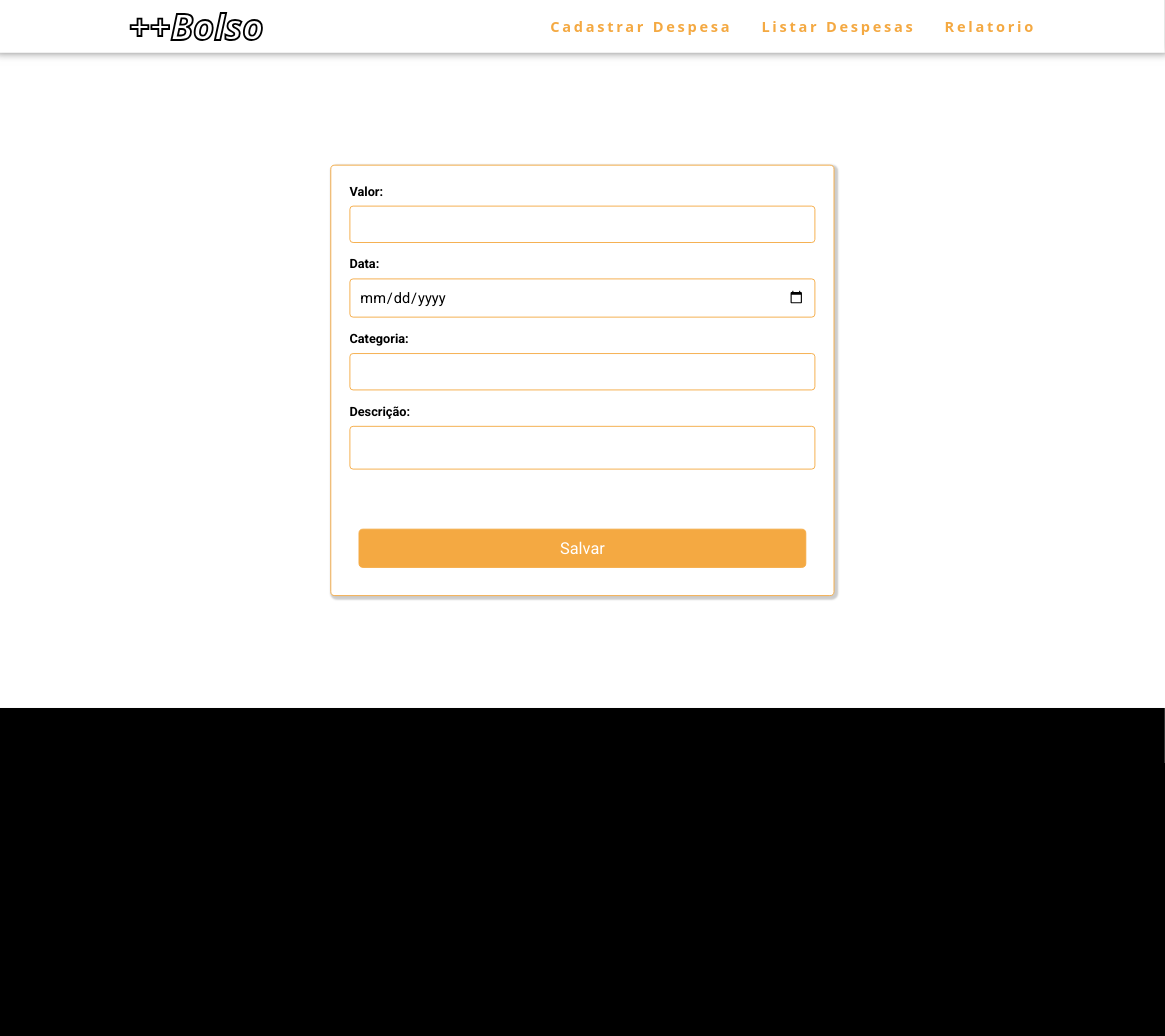
Repository: alexsanderkafka/java-servlets
Page: http://localhost/SaveMoney/cadastrarDespesa.jsp
An editor plug-in stored every save of this project. The page is shown before and after the next save, followed by the edit.
The browser window is 1280 px wide. The pictures show the whole page, at 91% of full size.
The page is served by Tomcat 9. Nobody is signed in. The application's start-up code is not run. Other server files are loaded and not shown.

Above is the page before, as saved 2024-10-07 17:43:00.

### SaveMoney/src/main/webapp/cadastrarDespesa.jsp
<%@ page language="java" contentType="text/html; charset=UTF-8"
    pageEncoding="UTF-8"%>
<!DOCTYPE html>
<html>
<head>
	<meta charset="UTF-8">
	<title>Cadastrar Despesa</title>
	<link rel="stylesheet" href="styles/style.css">
</head>
<body>
	<header>
        <nav>
          <div class="logo">
          	<h1>++Bolso</h1>
          </div>
          <ul class="nav-list">
            <li><a href="###">Cadastrar Despesa</a></li>
            <li><a href="###">Listar Despesas</a></li>
            <li><a href="###">Relatorio</a></li>
          </ul>
        </nav>
    </header>

	<div class="container-initial">
        <div class="box-register">
        	<label>Valor: </label>
        	<input type="number">
        	<label>Data: </label>
        	<input type="date">
        	<label>Categoria: </label>
        	<input type="text">
        	<label>Descrição: </label>
        	<textarea rows="5" cols="2"></textarea>
        	<button class="primary-buttons">Salvar</button>
        </div>
    </div>

    <div class="teste">
        <h1>++Bolso</h1>
    </div>

</body>
</html>

### SaveMoney/src/main/webapp/styles/style.css
@import url('https://fonts.googleapis.com/css2?family=Roboto:ital,wght@0,100;0,300;0,400;0,500;0,700;0,900;1,100;1,300;1,400;1,500;1,700;1,900&display=swap');

html, body, div, span, applet, object, iframe,
h1, h2, h3, h4, h5, h6, p, blockquote, pre,
a, abbr, acronym, address, big, cite, code,
del, dfn, em, img, ins, kbd, q, s, samp,
small, strike, strong, sub, sup, tt, var,
b, u, i, center,
dl, dt, dd, ol, ul, li,
fieldset, form, label, legend,
table, caption, tbody, tfoot, thead, tr, th, td,
article, aside, canvas, details, embed,
figure, figcaption, footer, header, hgroup,
menu, nav, output, ruby, section, summary,
time, mark, audio, video {
    margin: 0;
    padding: 0;
    border: 0;
    font-size: 100%;
    font: inherit;
    vertical-align: baseline;
}

html, body {
    height: 100%;
    margin: 0;
    padding: 0;
}


header{
    background-color: white;
    /* position: sticky;*/
    z-index: 999;
    top: -10px;
    box-shadow: 0 -6px 10px 5px rgba(0,0,0,0.6);
}

.logo h1{
    font-size: 40px;
    font-style: italic;
    font-weight: bold;
    color: #FFF;
    -webkit-text-stroke: 2px #000;
}

nav{
    display: flex;
    justify-content: space-around;
    align-items: center;
    font-family: system-ui, -apple-system, Helvetica, Arial, sans-serif;
    height: 8vh;
}

.nav-list{
    list-style: none;
    display: flex;
}

.nav-list li {
    letter-spacing: 3px;
    margin-left: 32px;
}

.nav-list li a{
    text-decoration: none;
    color: #F4A942;
    font-weight: bold;

}

.nav-list li a:hover{
	color: #f7b64e;
}


/*CSS INDEX*/
.container-initial {
    width: 100%;
    height: 100%;
    display: flex;
    flex-direction: column;
    justify-content: center;
    align-items: center;
}

.container-initial h1{
    font-size: 64px;
    font-family: "Roboto", system-ui;
    font-weight: 600;
    text-decoration: underline;
    text-decoration-color: #F4A942;
    margin-bottom: 25px;
}

.box-menu {
    width: 300px;
    height: 300px;
    background: white;
    border: 1px solid #F4A942;
    border-radius: 5px;
    display: flex;
    flex-direction: column;
    justify-content: center;
    box-shadow: 2px 2px 2px 2px rgba(0, 0, 0, 0.2);
}


.primary-buttons{
	margin: 10px;
	padding: 10px;
	border: 1px solid #F4A942;
	background: #F4A942;
	border-radius: 5px;
	color: white;
	font-weight: 400;
	font-family: "Roboto", system-ui;
	font-size: 18px;
	transition: background-color 0.5s ease;
}

.primary-buttons:hover{
	background-color: #f7b64e;
}

/*CSS PAGINA CADASTRO DE DESPESA*/
.container-initial {
    font-family: 'Roboto', sans-serif;
}

.box-register {
    width: 40%;
    height: 60%;
    background: white;
    border: 1px solid #F4A942;
    border-radius: 5px;
    padding: 20px;

    display: flex;
    flex-direction: column;
    box-shadow: 2px 2px 2px 2px rgba(0, 0, 0, 0.2);
}

.container-initial label {
    display: block;
    margin-bottom: 8px;
    font-weight: bold;
    font-size: 14px;
    color: #000;
}

.container-initial input,
.container-initial textarea {
    width: 100%;
    padding: 10px;
    margin-bottom: 15px;
    border: 1px solid #F4A942;
    border-radius: 4px;
    box-sizing: border-box;
    font-family: 'Roboto', sans-serif;
    font-size: 16px;
}

.container-initial textarea {
    resize: none;
}

.box-register .primary-buttons{
	margin-top: 50px;
}

/*CSS PAGINA LISTA DE DESPESAS*/
.teste{
	width: 100%;
	height: 50%;
	background: #000;
}

After the next save:
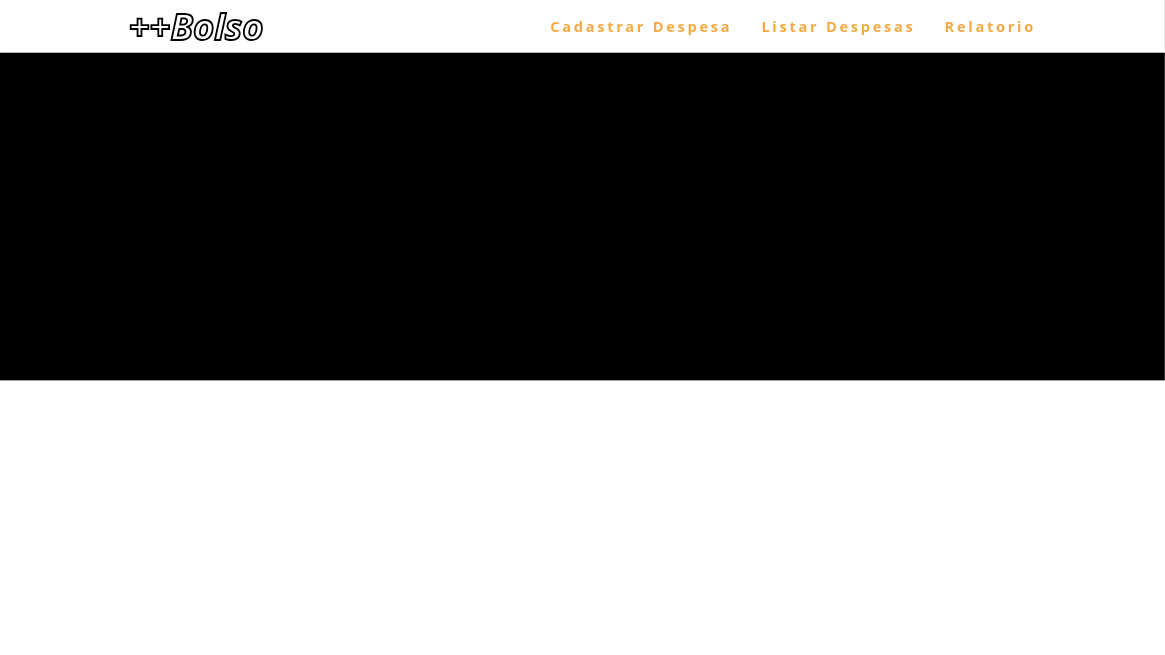
Saved 18 s later.
--- a/SaveMoney/src/main/webapp/cadastrarDespesa.jsp
+++ b/SaveMoney/src/main/webapp/cadastrarDespesa.jsp
@@ -21,19 +21,7 @@
         </nav>
     </header>
 
-	<div class="container-initial">
-        <div class="box-register">
-        	<label>Valor: </label>
-        	<input type="number">
-        	<label>Data: </label>
-        	<input type="date">
-        	<label>Categoria: </label>
-        	<input type="text">
-        	<label>Descrição: </label>
-        	<textarea rows="5" cols="2"></textarea>
-        	<button class="primary-buttons">Salvar</button>
-        </div>
-    </div>
+
 
     <div class="teste">
         <h1>++Bolso</h1>

After the save that followed:
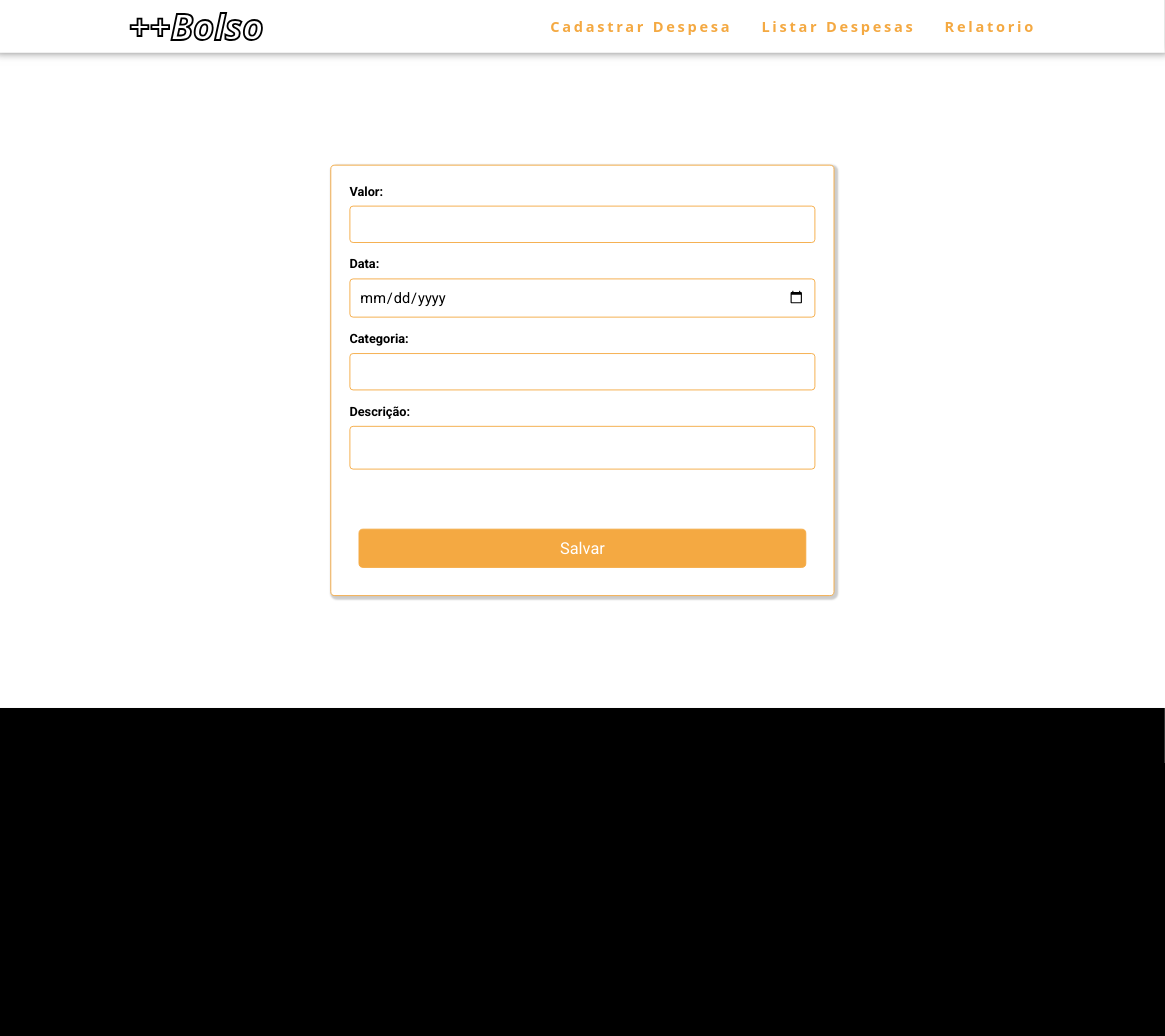
Saved 19 s later.
--- a/SaveMoney/src/main/webapp/cadastrarDespesa.jsp
+++ b/SaveMoney/src/main/webapp/cadastrarDespesa.jsp
@@ -21,7 +21,19 @@
         </nav>
     </header>
 
-
+	<div class="container-initial">
+        <div class="box-register">
+        	<label>Valor: </label>
+        	<input type="number">
+        	<label>Data: </label>
+        	<input type="date">
+        	<label>Categoria: </label>
+        	<input type="text">
+        	<label>Descrição: </label>
+        	<textarea rows="5" cols="2"></textarea>
+        	<button class="primary-buttons">Salvar</button>
+        </div>
+    </div>
 
     <div class="teste">
         <h1>++Bolso</h1>
